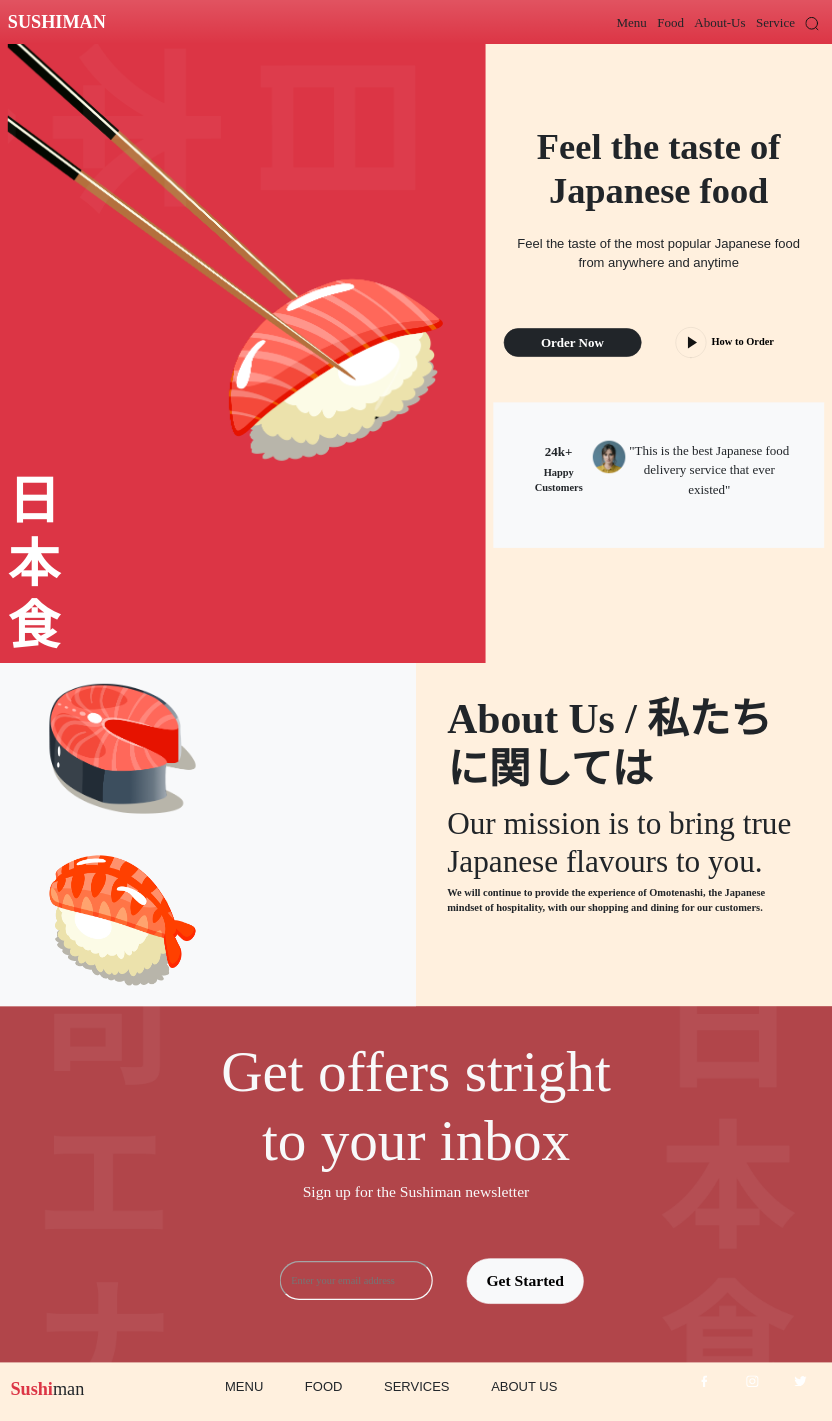
Repository: VickyJacob23/bootstrapTask
Page: index.html
The author's editor kept a copy of each file at every save. The page is drawn from the files as they stood at one save, then again after the next save.
The browser window is 1280 px wide. The pictures show the whole page, at 65% of full size.

Above is the page before, as saved 2024-07-06 00:02:13.

### index.html
<!DOCTYPE html>
<html lang="en">
<head>
     <!-- Required meta tags -->
    <meta charset="UTF-8">
    <meta http-equiv="X-UA-Compatible" content="IE=edge">
    <meta name="viewport" content="width=device-width, initial-scale=1.0">
    <link rel="shortcut icon" href="./img/kodecamp__logo.svg" type="image/x-icon">
    <!-- Bootstrap CSS -->
    <link href="https://cdn.jsdelivr.net/npm/bootstrap@5.2.3/dist/css/bootstrap.min.css" rel="stylesheet" integrity="sha384-rbsA2VBKQhggwzxH7pPCaAqO46MgnOM80zW1RWuH61DGLwZJEdK2Kadq2F9CUG65" crossorigin="anonymous">

    <link rel="stylesheet" href="./styles.css">
    <title>Bootstrap Demo</title>
</head>
<body>
    <main>
        <!-- navbar -->
        <nav class="navbar navbar-expand-lg navbar bg-danger bg-gradient position-fixed w-100">
            <div class="container-fluid ">
                <a class="navbar-brand text-uppercase fw-bold fs-3 text-white " href="#">Sushiman</a>
                <button class="navbar-toggler" type="button" data-bs-toggle="collapse" data-bs-target="#navbarNavAltMarkup" aria-controls="navbarNavAltMarkup" aria-expanded="false" aria-label="Toggle navigation">
                    <span class="navbar-toggler-icon"></span>
                </button>
                <div class="collapse navbar-collapse " id="navbarNavAltMarkup">
                <div class="navbar-nav  ms-auto">
                    <a class="nav-link fs-5 text-dark" href="#">Menu</a>
                    <a class="nav-link fs-5 text-dark" href="#">Food</a>
                    <a class="nav-link fs-5 text-dark" href="#">About-Us</a>
                    <a class="nav-link fs-5  text-dark" href="#">Service</a>
                    <a class="nav-link fs-5 text-dark " href="#"><img src="./img/search.svg" alt=""></a>
                </div>
            </div>
        </div>
        </nav>
        <!--landing page-->
        <section class="container-fluid ">
            <div class="row">
                <div class="col-md-7 col-12 bg-danger ">
                    <img class="img-fluid" src="./img/sushi-1.png"  alt="sushi"  width="700" height="700" max-width: "100%" height:"auto">
                    <h1 class="text-white fw-bold  display-1 100vh">
                    日 <br />
                    本 <br />
                    食
                    </h1>
                </div>
                <div class="col-md-5 col-12 m-auto d-flex flex-column justify-content-between hero-content text-center">
                    <div class="hero-content-info d-flex flex-column justify-content-center" >
                        <h1 class="display-4 fw-bold m-3">Feel the taste of Japanese food</h1>
                        <p class="fs-5 m-3">Feel the taste of the most popular Japanese food from anywhere and anytime</p>

                        <div class="hero-content__button  d-flex p-3 flex-wrap align-items-center ">
                            <button class="hero-content__order-button btn btn-dark rounded-pill  text-white fs-5 fw-semibold">Order Now</button>
                            <button class="hero-content__play-button m-5 border-0 bg-transparent fs-6 fw-semibold">
                                <img src="./img/play-circle.svg" alt="play">
                            How to Order
                            </button>
                        </div>
                    </div>
                    <div class="hero-content__testimonial d-flex p-3  align-items-center bg-light p-5">
                        <div class="hero-content__customer flex-counter p-3 g-1">
                            <h4 class="fs-5 fw-semibold">24<span>k+</span></h4>
                            <p class="fw-semibold">Happy Customers</p>
                        </div>

                        <div class="hero-content__review fs-5  d-flex g-1">
                            <img src="./img/user.png" alt="user" width="50" height="50">
                            <p >"This is the best Japanese food delivery service that ever existed"</p>
                    </div>
                    </div>
                </div>
            </div>
        </section>

        <!--about us page-->
       <section class="about-us  container-fluid">
        <div class="row">
            <div class="about-us__image col-md-6 col-12 flex-grow-1 flex-column justify-content-center bg-light position-relative">
                <div class="about-us__image-sushi3">
                    <img src="./img/sushi-3.png" alt="sushi" width="225" height="200">
                </div>

                <div class="about-us__image-sushi2">
                    <img src="./img/sushi-2.png" alt="sushi" width="225" height="200">
                </div>
            </div>
            <div class="about-us__content col-md-6 col-12  p-5 fw-bold ">
                <p class="sushi__subtitle display-3 fw-bolder">About Us / 私たちに関しては</p>
                <h3 class="sushi__title display-5">Our mission is to bring true Japanese flavours to you.</h3>
                <p class="sushi__description">We will continue to provide the experience of Omotenashi, the Japanese mindset of hospitality, with our shopping and dining for our customers.</p>
            </div>
        </div class="row">
        </section>

        <!--contact us page-->
        <section class="subscription container-fluid  p-5 text-center">
            <h2 class=" display-3 text-light fs-1" >
        Get offers stright <br />
        to your inbox
      </h2>
      <p class="text-light fs-4">Sign up for the Sushiman newsletter</p>

      <div class="subscription__form  text-center" >
        <input type="text" placeholder="Enter your email address" class="p-3 border-1 border-light rounded-pill bg-transparent m-5 outline-0 "/>
        <button class="btn btn-light rounded-pill fw-bold fs-4  p-3">Get Started</button>
      </div>
        </section>

        <!--footer-->

        <footer class="footer d-flex justify-content-between p-3 navbar navbar-expand-lg">
      <h3 class="footer__logo">
        <span class="text-danger fw-bold">Sushi</span>man
      </h3>

      <ul class="footer__nav ">
        <li ><a class="nav-link fs-5 text-dark" href="#menu">Menu</a></li>
        <li><a class="nav-link fs-5 text-dark" href="#food">Food</a></li>
        <li><a class="nav-link fs-5 text-dark" href="#services">Services</a></li>
        <li><a class="nav-link fs-5 text-dark" href="#about-us">About Us</a></li>
      </ul>

      <ul class="footer__social ">
        <li >
          <img  src="./img/facebook.svg" alt="facebook" />
        </li>
        <li>
          <img  src="./img/instagram.svg" alt="instagram" />
        </li>
        <li>
          <img  src="./img/twitter.svg" alt="twitter" />
        </li>
      </ul>
    </footer>
    </main>
        <script src="https://cdn.jsdelivr.net/npm/bootstrap@5.2.3/dist/js/bootstrap.bundle.min.js" integrity="sha384-kenU1KFdBIe4zVF0s0G1M5b4hcpxyD9F7jL+jjXkk+Q2h455rYXK/7HAuoJl+0I4" crossorigin="anonymous"></script>

</body>
</html>

### styles.css
*{
    box-sizing: border-box;
    margin: 0;
    padding: 0;
    scroll-behavior: smooth;

}
@import url("https://fonts.googleapis.com/css2?family=Playfair+Display:wght@400;500;600;700;800;900&display=swap");
@import url("https://fonts.googleapis.com/css2?family=Plus+Jakarta+Sans:wght@200;300;400;500;600;700;800&display=swap");



:root {
    --playfair-display: "Playfair Display", serif;
    --plus-jakarta-sans: "Plus Jakarta Sans", sans-serif;
    --color-creamson: #fff0de;
}
body {
    max-width: 1440px;
    margin: 0 auto;
    background-color: var(--color-creamson);
    font-family:"Playfair Display", serif;
}
/* hero */
..hero-content-info h1{
    font-family: var(--playfair-display);
    color:var(--secondary-color);
    font-size: 80px;
    position: absolute;

}

.hero-content-info p{
    font-family: var(--plus-jakarta-sans);
    color: var(--secondary-color);}

.hero-content__order-button{
    min-width: 212px;
}
.about-us__image div{
    padding:32px 64px;
    flex:1;}
/* subscription */
.subscription{
    background-color: var(--primary-color);
  background-image: url("./img/subscribe_bg.png");
  background-position: center;
  background-repeat: no-repeat;
  background-size: cover;
}
.subscription h2{
    font-size: 88px !important;
}
.subscription__form {
  min-width: 480px;
  margin-top: 40px;}

  .subscription__form button {
  padding: 20px;

  min-width: 180px;
  }
  .footer ul {
  list-style: none;

  display: flex;
  flex-wrap: wrap;
  flex-direction: row;
  gap: 64px;
}
.footer ul:last-child {
  gap: 32px;
}

.footer__nav li {
  font-size: 16px;
  font-weight: 500;
  font-family: var(--plus-jakarta-sans);
  text-transform: uppercase;
  color: var(--secondary-color);

  cursor: pointer;
}

.footer__social li {
  width: 42px;
  height: 42px;
  border-radius: 100%;
}

.footer__social li img {
  width: 45%;
  height: 45%;

  object-fit: contain;
}

After the next save:
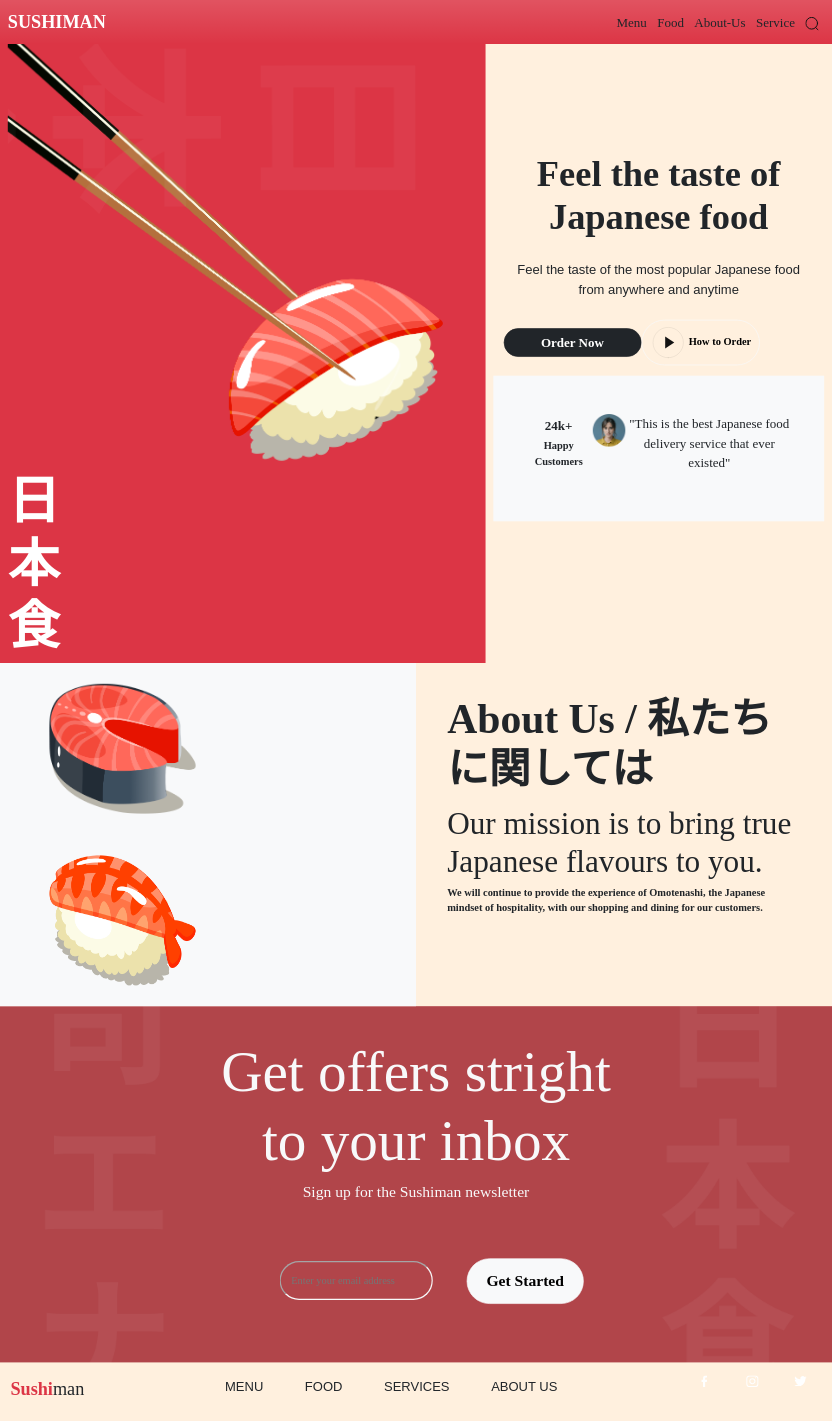
Saved 114 s later.
--- a/index.html
+++ b/index.html
@@ -50,7 +50,7 @@
 
                         <div class="hero-content__button  d-flex p-3 flex-wrap align-items-center ">
                             <button class="hero-content__order-button btn btn-dark rounded-pill  text-white fs-5 fw-semibold">Order Now</button>
-                            <button class="hero-content__play-button m-5 border-0 bg-transparent fs-6 fw-semibold">
+                            <button class="hero-content__play-button btn btn-light rounded-pill bg-transparent fs-6 fw-semibold">
                                 <img src="./img/play-circle.svg" alt="play">
                             How to Order
                             </button>

After the save that followed:
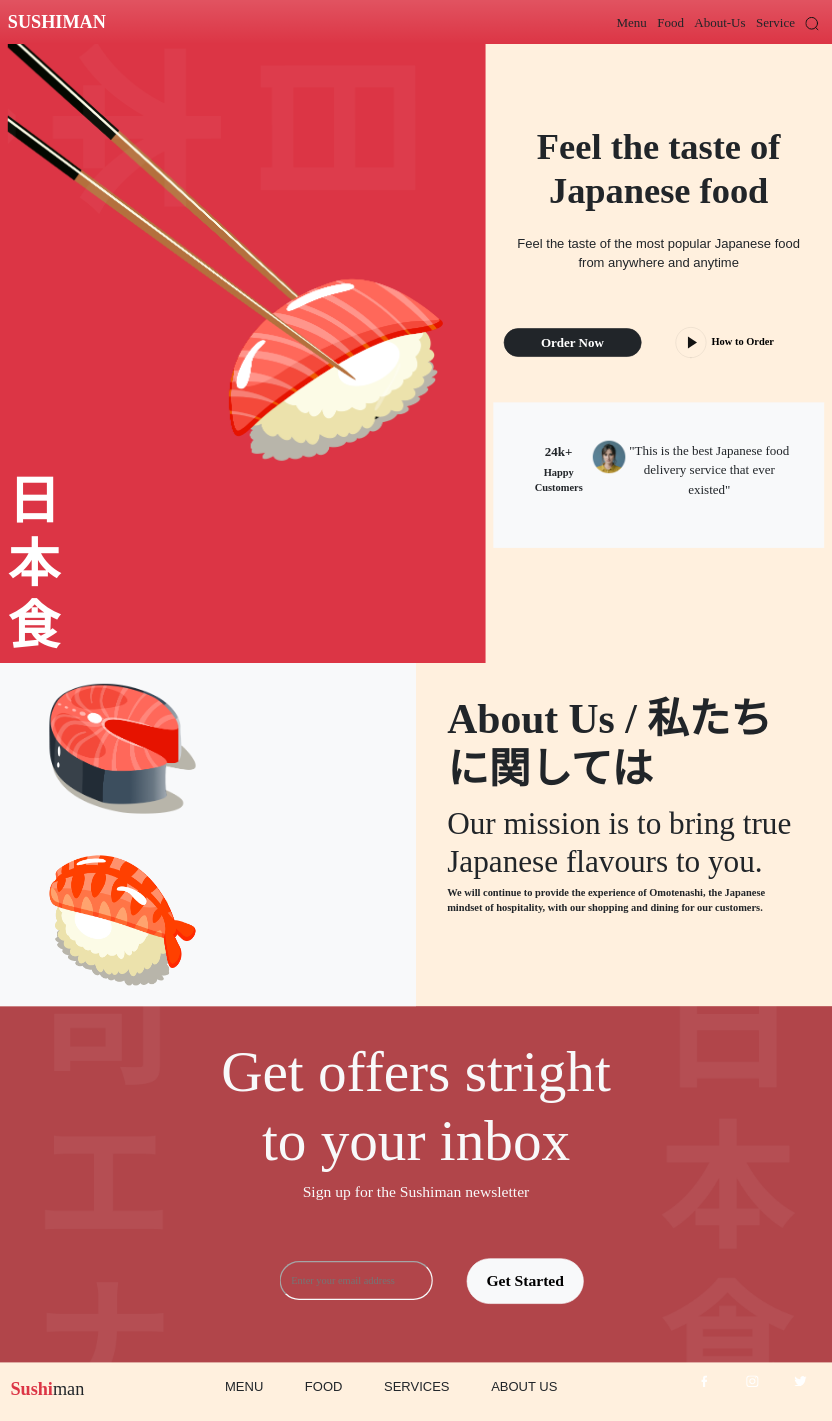
Saved 27 s later.
--- a/index.html
+++ b/index.html
@@ -50,7 +50,7 @@
 
                         <div class="hero-content__button  d-flex p-3 flex-wrap align-items-center ">
                             <button class="hero-content__order-button btn btn-dark rounded-pill  text-white fs-5 fw-semibold">Order Now</button>
-                            <button class="hero-content__play-button btn btn-light rounded-pill bg-transparent fs-6 fw-semibold">
+                            <button class="hero-content__play-button m-5 border-0 bg-transparent fs-6 fw-semibold">
                                 <img src="./img/play-circle.svg" alt="play">
                             How to Order
                             </button>
